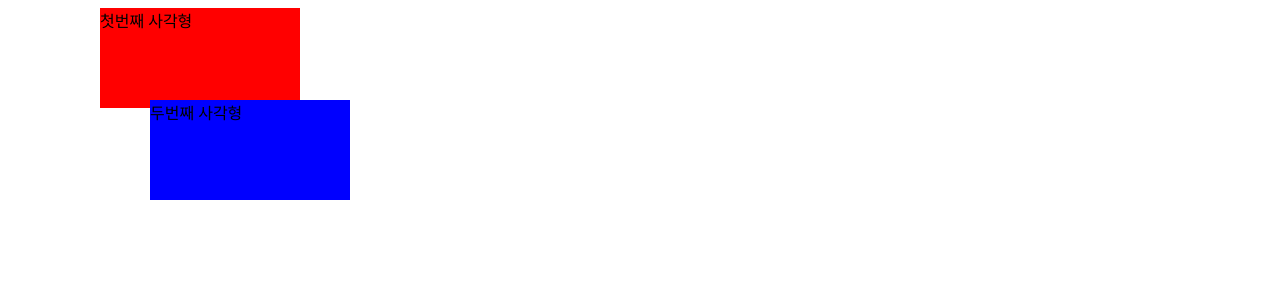
Repository: dhfkdlxm/Lecture-Web
Page: Lecture-Web/WebContent/css/exam02.html
The author's editor kept a copy of each file at every save. The page is drawn from the files as they stood at one save, then again after the next save.
The browser window is 1280 px wide. The pictures show the whole page.

Above is the page before, as saved 2021-06-10 05:36:49.

### Lecture-Web/WebContent/css/exam02.html
<!DOCTYPE html>
<html>
<head>
<meta charset="UTF-8">
<title>Insert title here</title>
<style>
div {
	position: absolute;
	width : 200px;
	height: 100px;
}

#div01 {
	background-color: red;
	left:100px;
	top : 50ps
}

#div02 {
	background-color: blue;
	left : 150px;
	top :  100px
}
</style>
</head>
<body>
	<!--  100x100 빨간사각형, 파란사각형 그리기 -->
	<div id="div01">첫번째 사각형</div>
	<div id="div02">두번째 사각형</div>


</body>
</html>

After the next save:
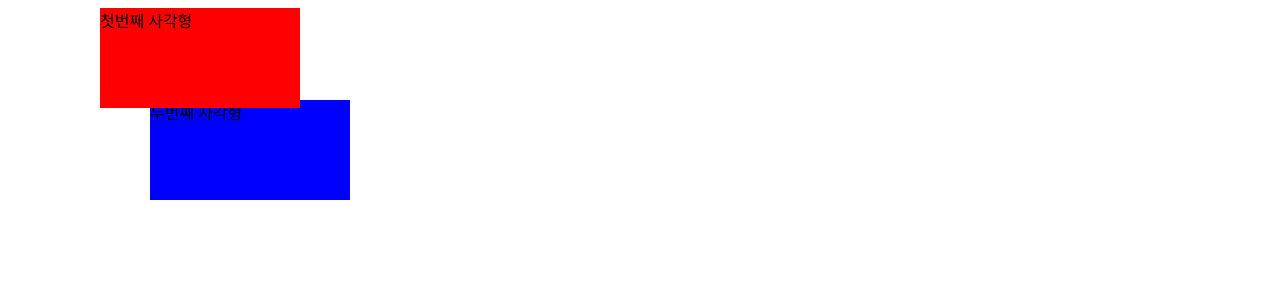
Saved 21 s later.
--- a/Lecture-Web/WebContent/css/exam02.html
+++ b/Lecture-Web/WebContent/css/exam02.html
@@ -13,7 +13,8 @@
 #div01 {
 	background-color: red;
 	left:100px;
-	top : 50ps
+	top : 50ps;
+	z-index : 9999;'
 }
 
 #div02 {

After the save that followed:
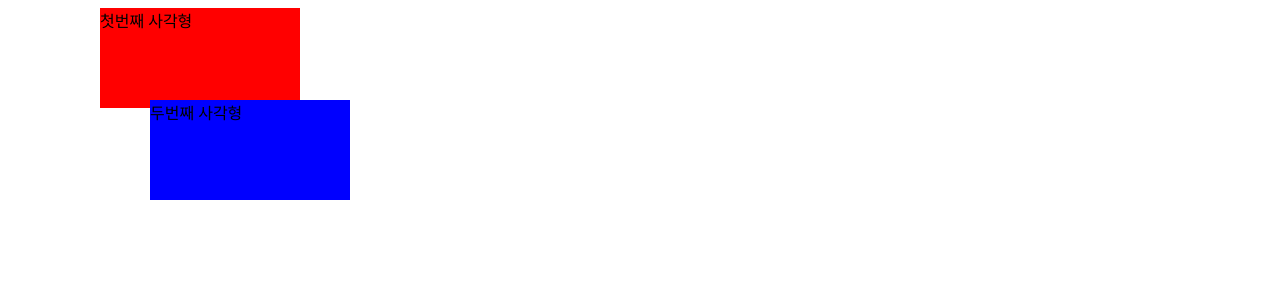
Saved 8 s later.
--- a/Lecture-Web/WebContent/css/exam02.html
+++ b/Lecture-Web/WebContent/css/exam02.html
@@ -14,7 +14,7 @@
 	background-color: red;
 	left:100px;
 	top : 50ps;
-	z-index : 9999;'
+
 }
 
 #div02 {
